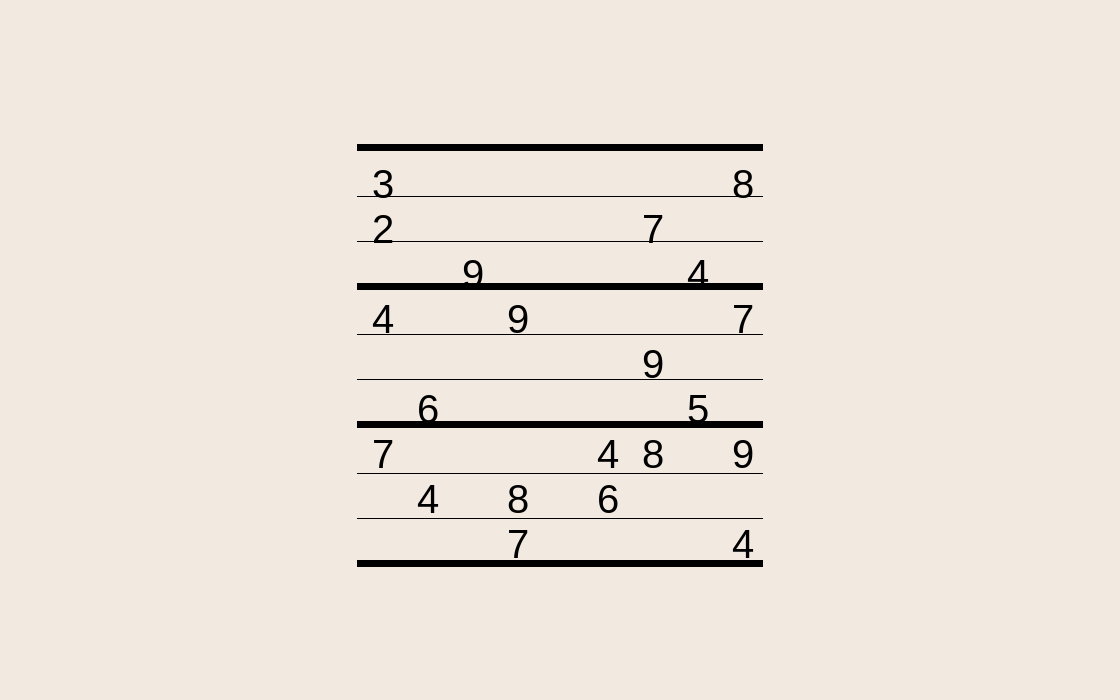
Repository: JensVL96/Puzzle-solver-for-fun
Script's output: python sudoku.py
The author's editor kept a copy of each file at every save. The script's output is drawn from the files as they stood at one save, then again after the next save.
The window is shown after at most 60 frames with no key pressed. A system font it names is replaced by a similar one. Random numbers start from a fixed seed.

Above is the script's output before, as saved 2020-11-08 11:43:08.

### sudoku.py
# -*- coding: utf-8 -*-
from __future__ import print_function
from config import *
from create_board import *
from solve_bloard import *
from display_board import *

from string import *
from math import floor
import pygame as pg
import numpy as np

# For error highlighting
def set_highlight(row, col, blk, lock):
    global input_lock
    input_lock = lock
    global row_index
    row_index = row
    global col_index
    col_index = blk
    global blk_index
    blk_index = col

def get_cord(pos):
    global box_index_x
    box_index_x = int((pos[0] - TOP_LX)//BLOCK_SIZE)
    global box_index_y
    box_index_y = int((pos[1] - TOP_LY)//BLOCK_SIZE)


def valid(grid, x, y, val):
    input_lock = 0
    row = col = blk = (0, 0)

    for index in range(9):
        # Check if value in column
        if grid[x][index] == val:
            col = (x, index)
            input_lock = 1

        # Check if value in row
        if grid[index][y] == val:
            row = (index, y)
            input_lock = 1

    # Finds the block
    index_x = x // 3 # integer division
    index_y = y // 3

    # Check if value in block
    for i in range(index_x * 3, index_x * 3 + 3):
        for j in range (index_y * 3, index_y * 3 + 3):
            if grid[i][j] == val:
                blk = (i, j)
                input_lock = 1

    if input_lock == 1:
        set_highlight(row, col, blk, input_lock)
        return False

    return True

def valid_cdt(cdt_list, val):
    if type(cdt_list) == int:   # ignore
        return True

    if len(cdt_list) > 9:
        return False
    else:
        for iter in cdt_list:
            if iter == val:
                return False

    return True

class Main():
    def __init__(self):
        self.board = []
        self.run()

    def run(self):
        pg.init()
        self.screen = pg.display.set_mode(SCREEN_RES)
        pg.display.set_caption('Sudoku solver')

        display = Display_board(self.screen)

        val = 0
        blink = False
        alpha = 1
        a_change = True
        blink_color = GREEN
        candidates = []

        get_cord(INITIAL_CORDS)
        set_highlight(INITIAL_CORDS, INITIAL_CORDS, INITIAL_CORDS, INITIAL_LOCK)

        board = create_board().board

        while 1:
            for event in pg.event.get():
                if event.type == pg.QUIT or (event.type == pg.KEYDOWN and event.key == pg.K_ESCAPE):
                    exit()
                if event.type == pg.MOUSEBUTTONDOWN and input_lock != 1:
                    pos = pg.mouse.get_pos()
                    get_cord(pos)

                    # Checks if selection is on the board
                    if pos[0] < TOP_LX or pos[1] < TOP_LY or pos[0] > int(BOT_RX) or pos[1] > int(BOT_RY):
                        blink = False
                    else:
                        blink = True
                if event.type == pg.KEYDOWN and input_lock != 1:
                    if event.key == pg.K_1:
                        val = 1
                    if event.key == pg.K_2:
                        val = 2
                    if event.key == pg.K_3:
                        val = 3
                    if event.key == pg.K_4:
                        val = 4
                    if event.key == pg.K_5:
                        val = 5
                    if event.key == pg.K_6:
                        val = 6
                    if event.key == pg.K_7:
                        val = 7
                    if event.key == pg.K_8:
                        val = 8
                    if event.key == pg.K_9:
                        val = 9
                    if event.key == pg.K_BACKSPACE:
                        board[int(box_index_x)][int(box_index_y)] = 0
                elif event.type == pg.KEYDOWN and input_lock == 1:
                    if event.key == pg.K_BACKSPACE:
                        val = 0
                        set_highlight(INITIAL_CORDS, INITIAL_CORDS, INITIAL_CORDS, INITIAL_LOCK)
                        blink_color = GREEN
                        board[int(box_index_x)][int(box_index_y)] = 0

            if val != 0:
                # display.draw_val(val, box_index_x, box_index_y)
                candidates = []
                print("value: ", val,"occupying position: ", board[box_index_x][box_index_y])

                if valid(board, box_index_x, box_index_y, val):
                    if type(board[box_index_x][box_index_y]) == 0:  # No candidates
                        board[box_index_x][box_index_y] = val
                    elif type(board[box_index_x][box_index_y]) == int: # Switching from number to list
                        candidates.append(val)
                        board[box_index_x][box_index_y] = candidates
                    elif valid_cdt(board[box_index_x][box_index_y], val): # Adding candidate to list
                        candidates = board[box_index_x][box_index_y]
                        candidates.append(val)
                        board[box_index_x][box_index_y] = candidates


            # Draws the screen
            pg.draw.rect(self.screen, BLACK, (0, 0, self.screen.get_width(), self.screen.get_height()))
            self.screen.fill(BEIGE)

            # find the cell selected
            cell = display.find_cell(box_index_x, box_index_y)

            # Draws the board
            display.draw(board, cell)

            # Check if cell is selected
            if blink:
                blink = display.blink(alpha, a_change)
                alpha = blink[0]
                a_change = blink[1]
                myRect = pg.Rect(cell)

                rectSurf = pg.Surface(myRect.size, pg.SRCALPHA)
                rectSurf.fill(blink_color)
                rectSurf.set_alpha(alpha)
                self.screen.blit(rectSurf, (myRect.x, myRect.y))

            # Check if incorrect input
            if input_lock == 1 and val != 0:
                display.update(board, row_index, col_index, blk_index)
                blink_color = RED

            val = 0

            # display.draw_box()

            pg.display.update()


        self.solution = solve_board(board)

        self.solution.assign_flags(board)

if __name__ == '__main__':
    Main()

### config.py


#   Screen info
SCREEN_HEIGHT = 700
SCREEN_WIDTH = int(SCREEN_HEIGHT * 1.6)
SCREEN_RES = (SCREEN_WIDTH, SCREEN_HEIGHT)

#   Colours
BLACK = (0,0,0)
GREY = (50,50,50)
GREEN = (0,255,0)
RED = (255, 0, 0)
WHITE = (255,255,255)
BEIGE = (242,234,224)

# Box info
BORDER_SIZE = 405
BLOCK_SIZE = BORDER_SIZE / 9
CELL_SIZE = BLOCK_SIZE / 9
# Corner coordinates
TOP_LX = (SCREEN_WIDTH / 2) - (BORDER_SIZE / 2)
TOP_LY = (SCREEN_HEIGHT / 2) - (BORDER_SIZE / 2)
TOP_RX = (SCREEN_WIDTH / 2) + (BORDER_SIZE / 2)
TOP_RY = (SCREEN_HEIGHT / 2) - (BORDER_SIZE / 2)
BOT_LX = (SCREEN_WIDTH / 2) - (BORDER_SIZE / 2)
BOT_LY = (SCREEN_HEIGHT / 2) + (BORDER_SIZE / 2)
BOT_RX = (SCREEN_WIDTH / 2) + (BORDER_SIZE / 2)
BOT_RY = (SCREEN_HEIGHT / 2) + (BORDER_SIZE / 2)

# Numbers
CANDIDATE_SIZE = 20
NUMBER_SIZE = 40
BOLD = 50

# Blinking
BLINK_SPEED = 0.3
BLINK_COLOR = GREEN
ERROR_COLOR = RED

INITIAL_CORDS = (-1, -1)
INITIAL_LOCK = 0

### create_board.py
from random import sample

class create_board():
    def __init__(self):
        self.base  = 3  # Will generate any size of random sudoku board in O(n^2) time
        self.side  = self.base * self.base
        self.nums  = sample(range(1, self.side + 1), self.side) # random numbers
        self.board = [[self.nums[(self.base * (r%self.base) + r//self.base + c)%self.side] for c in range(self.side) ] for r in range(self.side)]
        rows  = [ r for g in sample(range(self.base),self.base) for r in sample(range(g * self.base,(g + 1) * self.base), self.base) ]
        cols  = [ c for g in sample(range(self.base),self.base) for c in sample(range(g * self.base,(g + 1) * self.base), self.base) ]
        self.board = [[self.board[r][c] for c in cols] for r in rows]

        # print("\nInput:")
        # for line in self.board: print(line)

        squares = self.side * self.side
        empties = squares * 3//4
        for p in sample(range(squares),empties):
            self.board[p//self.side][p%self.side] = 0

        self.lines()

    def expandLine(self, line):
        return line[0]+line[5:9].join([line[1:5]*(self.base-1)]*self.base)+line[9:13]

    def lines(self):
        self.line0  = self.expandLine("╔═══╤═══╦═══╗")
        self.line1  = self.expandLine("║ . │ . ║ . ║")
        self.line2  = self.expandLine("╟───┼───╫───╢")
        self.line3  = self.expandLine("╠═══╪═══╬═══╣")
        self.line4  = self.expandLine("╚═══╧═══╩═══╝")

        self.draw()

    def draw(self):
        symbol = " 1234567890ABCDEFGHIJKLMNOPQRSTUVWXYZ"
        self.nums   = [ [""]+[symbol[n] for n in row] for row in self.board ]
        print(self.line0)
        for r in range(1,self.side+1):
            print( "".join(n+s for n,s in zip(self.nums[r-1],self.line1.split("."))) )
            print([self.line2,self.line3,self.line4][(r%self.side==0)+(r%self.base==0)])

### solve_bloard.py
class solve_board():
    def __init__(self, board):
        self.row = []
        self.col = []
        self.cell = []
        self.row_list = []
        self.col_list = []
        self.cell_list = []

        for space in range(9):
            self.col.append([])
            self.cell.append([])

        row_idx = 0
        for line in board:

            self.row.append(line)

            cell_idx = 0
            if row_idx >= 3:
                cell_idx = 3
            if row_idx >= 6:
                cell_idx = 6


            for col_idx in range(9):

                self.col[col_idx].insert(row_idx, line[col_idx])

                if col_idx % 3 == 0:
                    for triple in range(0, 3):
                        self.cell[cell_idx].insert(len(self.cell[row_idx]) + triple, line[col_idx + triple])
                    cell_idx += 1

            self.row_list.append(self.row)
            self.col_list.append(self.col)
            self.cell_list.append(self.cell)
            row_idx += 1

        print("\nrow:")
        for row in self.row_list[0]:
            print(row)
        # print("\ncolumn:")
        # for col in self.col_list[0]:
        #     print(col)
        # print("\ncell:")
        # for cell in self.cell_list[0]:
        #     print(cell)

    def assign_flags(self, board):
        self.flags = []
        row_idx = 0
        cell_idx = 0

        print("\n")
        for line in board:
            cell_idx = 0
            if row_idx >= 3:
                cell_idx = 3
            if row_idx >= 6:
                cell_idx = 6

            for index in range(9):
                # print("position: ", index, "value: ", line[index])

                # print("row", row_idx, "col", index, "cell", cell_idx)
                if (index % 3 == 0 and index != 0):
                    cell_idx += 1

                if line[index] == 0:
                    flag_idx = 0
                    temp_flag = []
                    for value in range(1, 10):
                        # print(value)
                        if self.row_flag(value, row_idx):
                            # print("found in row")
                            pass
                        elif self.col_flag(value, index):
                            # print("found in column")
                            pass
                        elif self.cell_flag(value, cell_idx):
                            # print("found in cell")
                            pass
                        else:
                            temp_flag.append(value)
                            flag_idx += 1
                    print(temp_flag)
                    self.flags.append(temp_flag)
            row_idx += 1

    def check_row(self):
        pass

    def column(self, x):
        pass

    def cell(self, row, col):
        pass

    def row_flag(self, index, row_idx):
        for row in self.row_list[0][row_idx]:
            # print("comparing in row ", row, "with ", index, "row_idx ", row_idx)
            if row == index:
                return 1
        return 0

    def col_flag(self, index, col_idx):
        for col in self.col_list[0][col_idx]:
            # print("comparing in column ", col, "with ", index, "col_idx ", col_idx)
            if col == index:
                return 1
        return 0

    def cell_flag(self, index, cell_idx):
        for cell in self.cell_list[0][cell_idx]:
            # print("comparing in cell ", cell, "with ", index, "cell_idx ", cell_idx)
            if cell == index:
                return 1
        return 0

### display_board.py
from config import *
import pygame as pg

class Display_board():
    def __init__(self, screen):
        self.screen = screen
        self.font_num = pg.font.SysFont("comicsans", NUMBER_SIZE)
        self.font_cdt = pg.font.SysFont("comicsans", CANDIDATE_SIZE)

    def draw_val(self, val, x, y):
        text1 = self.font_num.render(str(val), 1, BLACK)
        self.screen.blit(text1, (x * BLOCK_SIZE + 15, y * BLOCK_SIZE + 15))

    def draw_cdt(self, val, x, y):
        text1 = self.font_cdt.render(str(val), 1, BLACK)
        self.screen.blit(text1, (x * BLOCK_SIZE + 1, y * BLOCK_SIZE + 1))

    def on_mouse_press(self, x, y, symbol, modifier):
        pass

    def draw(self, grid, cell):
        for i in range (9):
            for j in range (9):
                if grid[i][j] != 0:
                    if type(grid[i][j]) != int:
                        self.draw_candidates(grid, cell)
                    else:
                        text1 = self.font_num.render(str(grid[i][j]), 1, BLACK)
                        self.screen.blit(text1, (TOP_LX + i * BLOCK_SIZE + 15, TOP_LY + j * BLOCK_SIZE + 14))

        size = 0
        TOPLx_coord = TOP_LX
        TOPLy_coord = TOP_LY
        TOPRy_coord = TOP_RY
        BOTLx_coord = BOT_LX
        # for i in range(10):
        #     print("\nline: ---", i, "---")
        #     print("top corner: (", TOP_LX, ",", TOP_LY, ")")
        #     if i % 3 == 0:
        #         print("thick")
        #         thick = 7
        #     else:
        #         print("thin")
        #         thick = 1

        #     if (i + 2) % 3 == 0:
        #         print("increasing size: ", i)
        #         size += 7
        #     # else:
        #     #     size = 0
        #         TOPLx_coord += BLOCK_SIZE + size
        #         TOPLy_coord += BLOCK_SIZE + size
        #         TOPRy_coord += BLOCK_SIZE + size
        #         BOTLx_coord += BLOCK_SIZE + size
        #     check_diffX = TOPLx_coord
        #     check_diffY = TOPLy_coord

        #     #       thick           Thick     thin    thin  thick   thin    thin  thick   thin    thin  thick
        #     # TOP_LX -> TOP_RX & ( TOP_LY -> BS + 7 -> BS -> BS -> BS + 7 -> BS -> BS -> BS + 7 -> BS -> BS)
        #     print("Start horizontal: ", check_diffX, "end: ", TOPLx_coord)
        #     print("line size: ", size, "block size: ", BLOCK_SIZE, "total distance: ", BLOCK_SIZE + size)
        #     print("Start vertical: ", check_diffY, "end: ", TOPLy_coord)
        #     pg.draw.line(self.screen, BLACK, (TOP_LX,
        #                                     TOPLy_coord),
        #                                     (TOP_RX,
        #                                     TOPRy_coord), thick)
        #     pg.draw.line(self.screen, BLACK, (TOPLx_coord,
        #                                     TOP_LY),
        #                                     (BOTLx_coord,
        #                                     BOT_LY), thick)

        pg.draw.line(self.screen, BLACK, (TOP_LX, TOP_LY), (TOP_RX, TOP_RY), 7)
        pg.draw.line(self.screen, BLACK, (TOP_LX, TOP_LY + 48.5), (TOP_RX, TOP_RY + 48.5), 1)
        pg.draw.line(self.screen, BLACK, (TOP_LX, TOP_LY + 48.5 + 45), (TOP_RX, TOP_RY + 48.5 + 45), 1)
        pg.draw.line(self.screen, BLACK, (TOP_LX, TOP_LY + 48.5 + 45 + 45), (TOP_RX, TOP_RY + 48.5 + 45 + 45), 7)
        pg.draw.line(self.screen, BLACK, (TOP_LX, TOP_LY + 48.5 + 45 + 45 + 48.5), (TOP_RX, TOP_RY + 48.5 + 45 + 45 + 48.5), 1)
        pg.draw.line(self.screen, BLACK, (TOP_LX, TOP_LY + 48.5 + 45 + 45 + 48.5+ 45), (TOP_RX, TOP_RY + 48.5 + 45 + 45 + 48.5 + 45), 1)
        pg.draw.line(self.screen, BLACK, (TOP_LX, TOP_LY + 48.5 + 45 + 45 + 48.5 + 45 + 45), (TOP_RX, TOP_RY + 48.5 + 45 + 45 + 48.5 + 45 + 45), 7)
        pg.draw.line(self.screen, BLACK, (TOP_LX, TOP_LY + 48.5 + 45 + 45 + 48.5 + 45 + 45 + 48.5), (TOP_RX, TOP_RY + 48.5 + 45 + 45 + 48.5 + 45 + 45 + 48.5), 1)
        pg.draw.line(self.screen, BLACK, (TOP_LX, TOP_LY + 48.5 + 45 + 45 + 48.5 + 45 + 45 + 48.5 + 45), (TOP_RX, TOP_RY + 48.5 + 45 + 45 + 48.5 + 45 + 45 + 48.5 + 45), 1)
        pg.draw.line(self.screen, BLACK, (TOP_LX, TOP_LY + 48.5 + 45 + 45 + 48.5 + 45 + 45 + 48.5 + 45 + 45), (TOP_RX, TOP_RY + 48.5 + 45 + 45 + 48.5 + 45 + 45 + 48.5 + 45 + 45), 7)
        # pg.draw.line(self.screen, BLACK, (TOP_LX, TOP_LY), (TOP_RX, TOP_RY), 7)
        # pg.draw.line(self.screen, BLACK, (TOP_LX, TOP_LY), (TOP_RX, TOP_RY), 7)
        # pg.draw.line(self.screen, BLACK, (TOP_LX, TOP_LY), (TOP_RX, TOP_RY), 7)
        # pg.draw.line(self.screen, BLACK, (TOP_LX, TOP_LY), (TOP_RX, TOP_RY), 7)
        # pg.draw.line(self.screen, BLACK, (TOP_LX, TOP_LY), (TOP_RX, TOP_RY), 7)
        # pg.draw.line(self.screen, BLACK, (TOP_LX, TOP_LY), (TOP_RX, TOP_RY), 7)
        # pg.draw.line(self.screen, BLACK, (TOP_LX, TOP_LY), (TOP_RX, TOP_RY), 7)
        # pg.draw.line(self.screen, BLACK, (TOP_LX, TOP_LY), (TOP_RX, TOP_RY), 7)
        # pg.draw.line(self.screen, BLACK, (TOP_LX, TOP_LY), (TOP_RX, TOP_RY), 7)
        # pg.draw.line(self.screen, BLACK, (TOP_LX, TOP_LY), (TOP_RX, TOP_RY), 7)

            # For candidate placement
            # if i % 3 == 0:
            #     print(BLOCK_SIZE)
            #     pg.draw.line(self.screen, BLACK, (cell[0],
            #                                     cell[1] + i * (cell[2] / 9)),
            #                                     ((cell[0] + cell[2]),
            #                                     cell[1] + i * (cell[2] / 9)), 1)
            #     pg.draw.line(self.screen, BLACK, (cell[0] + i * (cell[3] / 9),
            #                                     cell[1]),
            #                                     (cell[0] + i * (cell[3] / 9),
            #                                     cell[1] + cell[3]), 1)

    def draw_candidates(self, grid, cell):
        new_line = 1
        iteration = 1
        indent = 15
        for number in grid[i][j]:
            if iteration % 3 == 1:    # Checking if first in line: 1, 4, 7
                text1 = self.font_cdt.render(str(number), 1, BLACK)
                self.screen.blit(text1, (cell[0] + 3, cell[1] + ((new_line - 1) * indent) + 2))
            else:
                text1 = self.font_cdt.render(str(number), 1, BLACK)
                self.screen.blit(text1, (cell[0] + ((iteration - 1) * indent) + 3, cell[1] + ((new_line - 1) * indent) + 2))
            if iteration % 3 == 0:      # checking if last in line: 3, 6
                new_line += 1
                iteration = 0

            iteration += 1


    def update(self, grid, row, col, blk):
        font_val = pg.font.SysFont("comicsans", BOLD)

        if row != (-1, -1):
            # Remove old number
            text1 = self.font_num.render(str(grid[row[0]][row[1]]), 1, WHITE)
            self.screen.blit(text1, (TOP_LX + row[0] * BLOCK_SIZE + 15, TOP_LY + row[1] * BLOCK_SIZE + 15))

            # Rewrite in bigger font
            text1 = font_val.render(str(grid[row[0]][row[1]]), 1, BLACK)
            self.screen.blit(text1, (TOP_LX + row[0] * BLOCK_SIZE + 14, TOP_LY + row[1] * BLOCK_SIZE + 10))

        if col != (-1, -1):
            # Remove old number
            text1 = self.font_num.render(str(grid[col[0]][col[1]]), 1, WHITE)
            self.screen.blit(text1, (TOP_LX + col[0] * BLOCK_SIZE + 15, TOP_LY + col[1] * BLOCK_SIZE + 15))

            # Rewrite in bigger font
            text1 = font_val.render(str(grid[col[0]][col[1]]), 1, BLACK)
            self.screen.blit(text1, (TOP_LX + col[0] * BLOCK_SIZE + 14, TOP_LY + col[1] * BLOCK_SIZE + 10))

        if blk != (-1, -1):
            # Remove old number
            text1 = self.font_num.render(str(grid[blk[0]][blk[1]]), 1, WHITE)
            self.screen.blit(text1, (TOP_LX + blk[0] * BLOCK_SIZE + 15, TOP_LY + blk[1] * BLOCK_SIZE + 15))

            # Rewrite in bigger font
            text1 = font_val.render(str(grid[blk[0]][blk[1]]), 1, BLACK)
            self.screen.blit(text1, (TOP_LX + blk[0] * BLOCK_SIZE + 14, TOP_LY + blk[1] * BLOCK_SIZE + 10))

    def find_cell(self, x, y):
        # Only applies glow when a cell is selected
        if x == -1 and y == -1:
            return

        width = BLOCK_SIZE
        height = BLOCK_SIZE
        block = 1

        # Adjustment in size if bordering a thick line
        start_pos_x = TOP_LX + x * BLOCK_SIZE + x * 3.5
        print("cell: ", x, y)
        if x % 3 == 0:  # If thick line on the left
            print("column 1, 4 or 7")
            width = BLOCK_SIZE# - 4
            temp = x
            for i in range(3):
                if temp - 3 >= 0:
                    block += 1
                temp += -3
                i += 1
            print("block: ", block)
            start_pos_x += block * 3.5

        else:
            start_pos_x = TOP_LX + x * BLOCK_SIZE# + 1

        if (x + 1) % 3 == 0:    # If thick line on the right
            width = BLOCK_SIZE# - 3.5

        if y % 3 == 0:  # If thick line on the top
            start_pos_y = TOP_LY + y * BLOCK_SIZE + 3.5
            height = BLOCK_SIZE# - 4
        else:
            start_pos_y = TOP_LY + y * BLOCK_SIZE# + 1

        if (y + 1) % 3 == 0:    # If thick line on the bottom
            height = BLOCK_SIZE# - 3.5

        return (start_pos_x, start_pos_y, BLOCK_SIZE, BLOCK_SIZE)

    def blink(self, alpha, a_change):
        if a_change:
            alpha += BLINK_SPEED
            if alpha >= 175:
                a_change = False
        elif a_change == False:
            alpha += -BLINK_SPEED
            if alpha <= 30:
                a_change = True

        return (alpha, a_change)

After the next save:
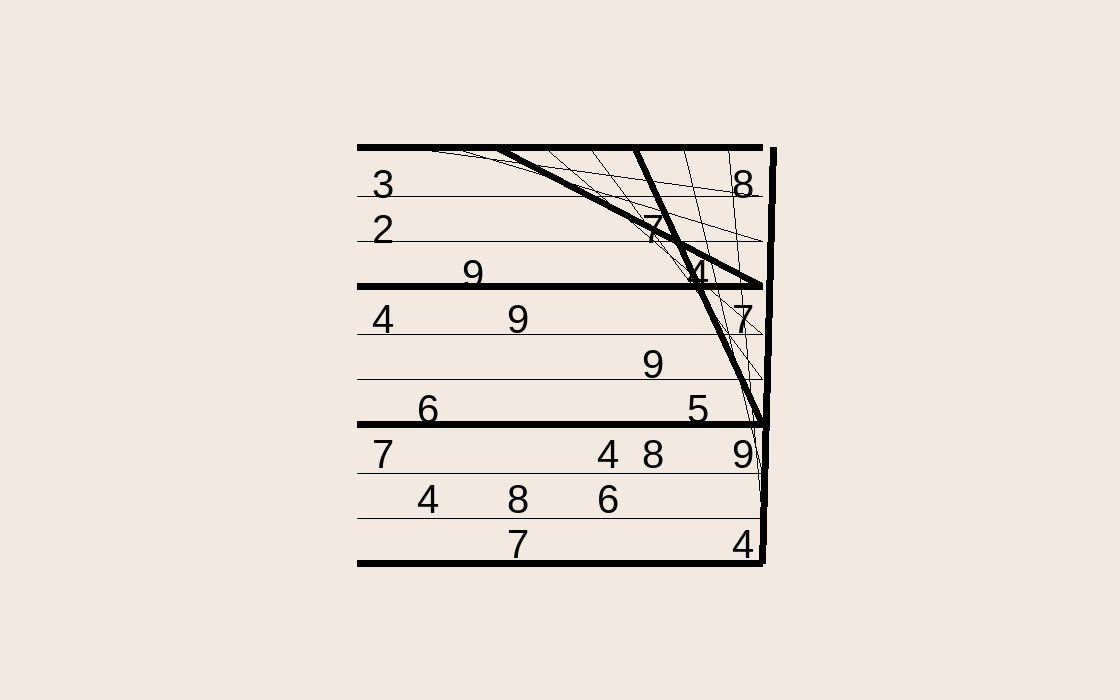
Saved 2 min 36 s later.
--- a/display_board.py
+++ b/display_board.py
@@ -79,16 +79,17 @@ class Display_board():
         pg.draw.line(self.screen, BLACK, (TOP_LX, TOP_LY + 48.5 + 45 + 45 + 48.5 + 45 + 45 + 48.5), (TOP_RX, TOP_RY + 48.5 + 45 + 45 + 48.5 + 45 + 45 + 48.5), 1)
         pg.draw.line(self.screen, BLACK, (TOP_LX, TOP_LY + 48.5 + 45 + 45 + 48.5 + 45 + 45 + 48.5 + 45), (TOP_RX, TOP_RY + 48.5 + 45 + 45 + 48.5 + 45 + 45 + 48.5 + 45), 1)
         pg.draw.line(self.screen, BLACK, (TOP_LX, TOP_LY + 48.5 + 45 + 45 + 48.5 + 45 + 45 + 48.5 + 45 + 45), (TOP_RX, TOP_RY + 48.5 + 45 + 45 + 48.5 + 45 + 45 + 48.5 + 45 + 45), 7)
-        # pg.draw.line(self.screen, BLACK, (TOP_LX, TOP_LY), (TOP_RX, TOP_RY), 7)
-        # pg.draw.line(self.screen, BLACK, (TOP_LX, TOP_LY), (TOP_RX, TOP_RY), 7)
-        # pg.draw.line(self.screen, BLACK, (TOP_LX, TOP_LY), (TOP_RX, TOP_RY), 7)
-        # pg.draw.line(self.screen, BLACK, (TOP_LX, TOP_LY), (TOP_RX, TOP_RY), 7)
-        # pg.draw.line(self.screen, BLACK, (TOP_LX, TOP_LY), (TOP_RX, TOP_RY), 7)
-        # pg.draw.line(self.screen, BLACK, (TOP_LX, TOP_LY), (TOP_RX, TOP_RY), 7)
-        # pg.draw.line(self.screen, BLACK, (TOP_LX, TOP_LY), (TOP_RX, TOP_RY), 7)
-        # pg.draw.line(self.screen, BLACK, (TOP_LX, TOP_LY), (TOP_RX, TOP_RY), 7)
-        # pg.draw.line(self.screen, BLACK, (TOP_LX, TOP_LY), (TOP_RX, TOP_RY), 7)
-        # pg.draw.line(self.screen, BLACK, (TOP_LX, TOP_LY), (TOP_RX, TOP_RY), 7)
+
+        pg.draw.line(self.screen, BLACK, (TOP_LX, TOP_LY), (TOP_RX, TOP_RY), 7)
+        pg.draw.line(self.screen, BLACK, (TOP_LX + 48.5, TOP_LY), (TOP_RX, TOP_RY + 48.5), 1)
+        pg.draw.line(self.screen, BLACK, (TOP_LX + 48.5 + 45, TOP_LY), (TOP_RX, TOP_RY + 48.5 + 45), 1)
+        pg.draw.line(self.screen, BLACK, (TOP_LX + 48.5 + 45 + 45, TOP_LY), (TOP_RX, TOP_RY + 48.5 + 45 + 45), 7)
+        pg.draw.line(self.screen, BLACK, (TOP_LX + 48.5 + 45 + 45 + 48.5, TOP_LY), (TOP_RX, TOP_RY + 48.5 + 45 + 45 + 48.5), 1)
+        pg.draw.line(self.screen, BLACK, (TOP_LX + 48.5 + 45 + 45 + 48.5+ 45, TOP_LY), (TOP_RX, TOP_RY + 48.5 + 45 + 45 + 48.5 + 45), 1)
+        pg.draw.line(self.screen, BLACK, (TOP_LX + 48.5 + 45 + 45 + 48.5 + 45 + 45, TOP_LY), (TOP_RX, TOP_RY + 48.5 + 45 + 45 + 48.5 + 45 + 45), 7)
+        pg.draw.line(self.screen, BLACK, (TOP_LX + 48.5 + 45 + 45 + 48.5 + 45 + 45 + 48.5, TOP_LY), (TOP_RX, TOP_RY + 48.5 + 45 + 45 + 48.5 + 45 + 45 + 48.5), 1)
+        pg.draw.line(self.screen, BLACK, (TOP_LX + 48.5 + 45 + 45 + 48.5 + 45 + 45 + 48.5 + 45, TOP_LY), (TOP_RX, TOP_RY + 48.5 + 45 + 45 + 48.5 + 45 + 45 + 48.5 + 45), 1)
+        pg.draw.line(self.screen, BLACK, (TOP_LX + 48.5 + 45 + 45 + 48.5 + 45 + 45 + 48.5 + 45 + 45, TOP_LY), (TOP_RX, TOP_RY + 48.5 + 45 + 45 + 48.5 + 45 + 45 + 48.5 + 45 + 45), 7)
 
             # For candidate placement
             # if i % 3 == 0:
